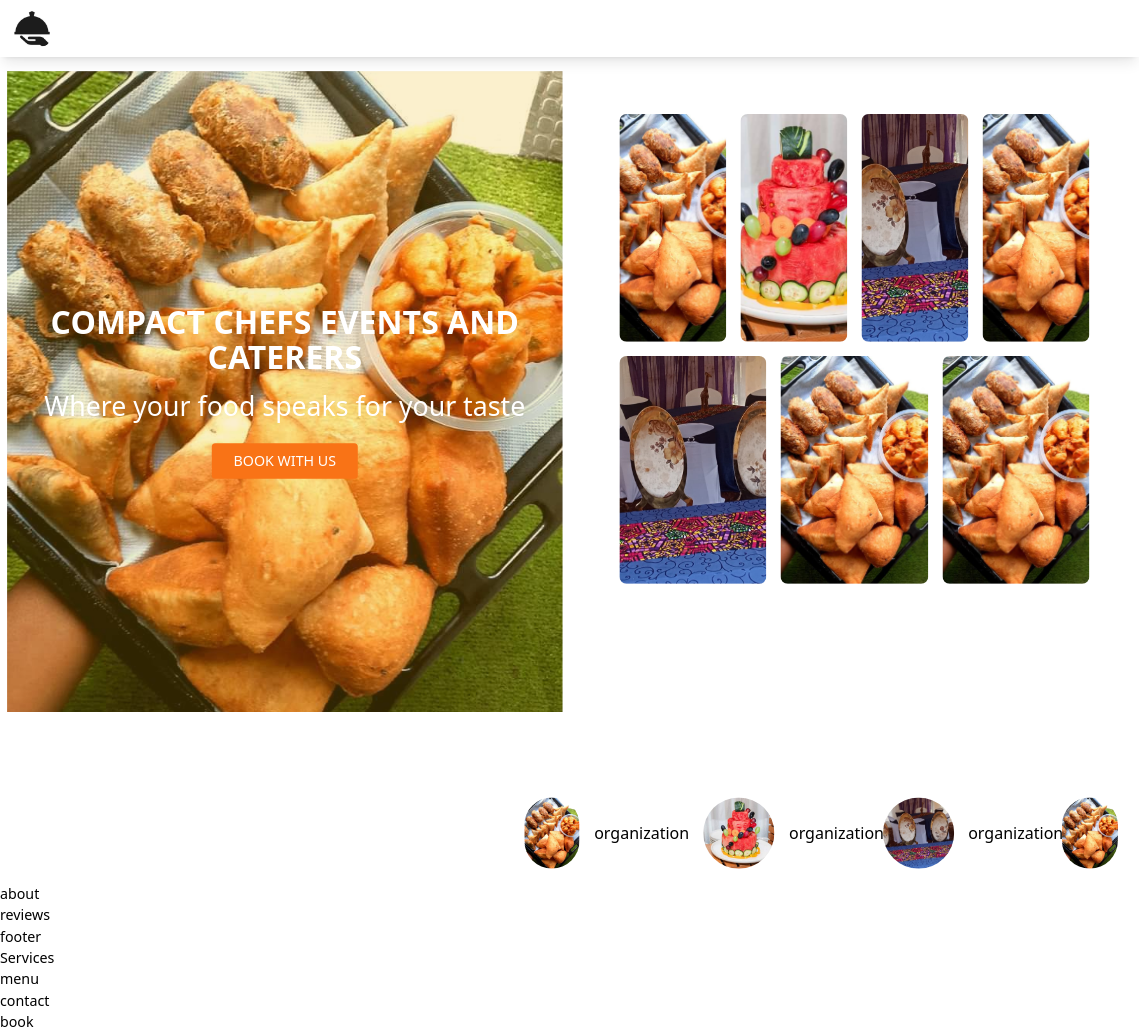
Repository: makanda596/compactchef
Page: /
These files come from the project's save history. The page is drawn as it stood at one moment and after the next save; the edit follows.
The browser window is 1280 px wide. The pictures show the whole page, at 89% of full size.
The project was rebuilt for these pictures with package versions that can differ from the ones it lists, and the page was loaded fresh each time.

Above is the page before, as saved 2025-01-07 16:33:35.

After the next save:
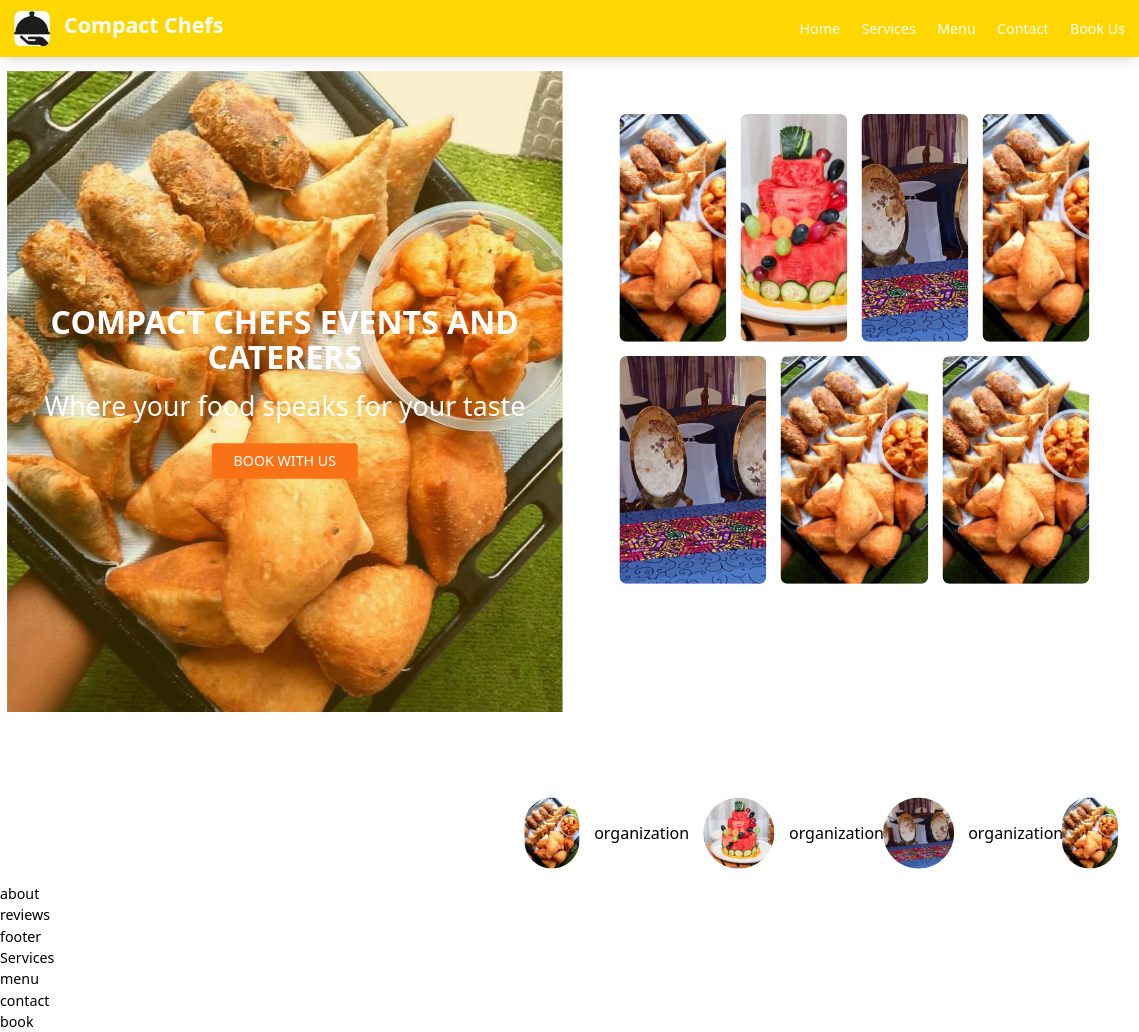
Saved 57 s later.
--- a/tailwind.config.js
+++ b/tailwind.config.js
@@ -7,6 +7,9 @@ module.exports = {
     extend: {
       animation: {
         'slide': 'slide 20s linear infinite',
+      },
+       colors: {
+        gold: '#FFD700', // Gold color
       },
       keyframes: {
         slide: {

After the save that followed:
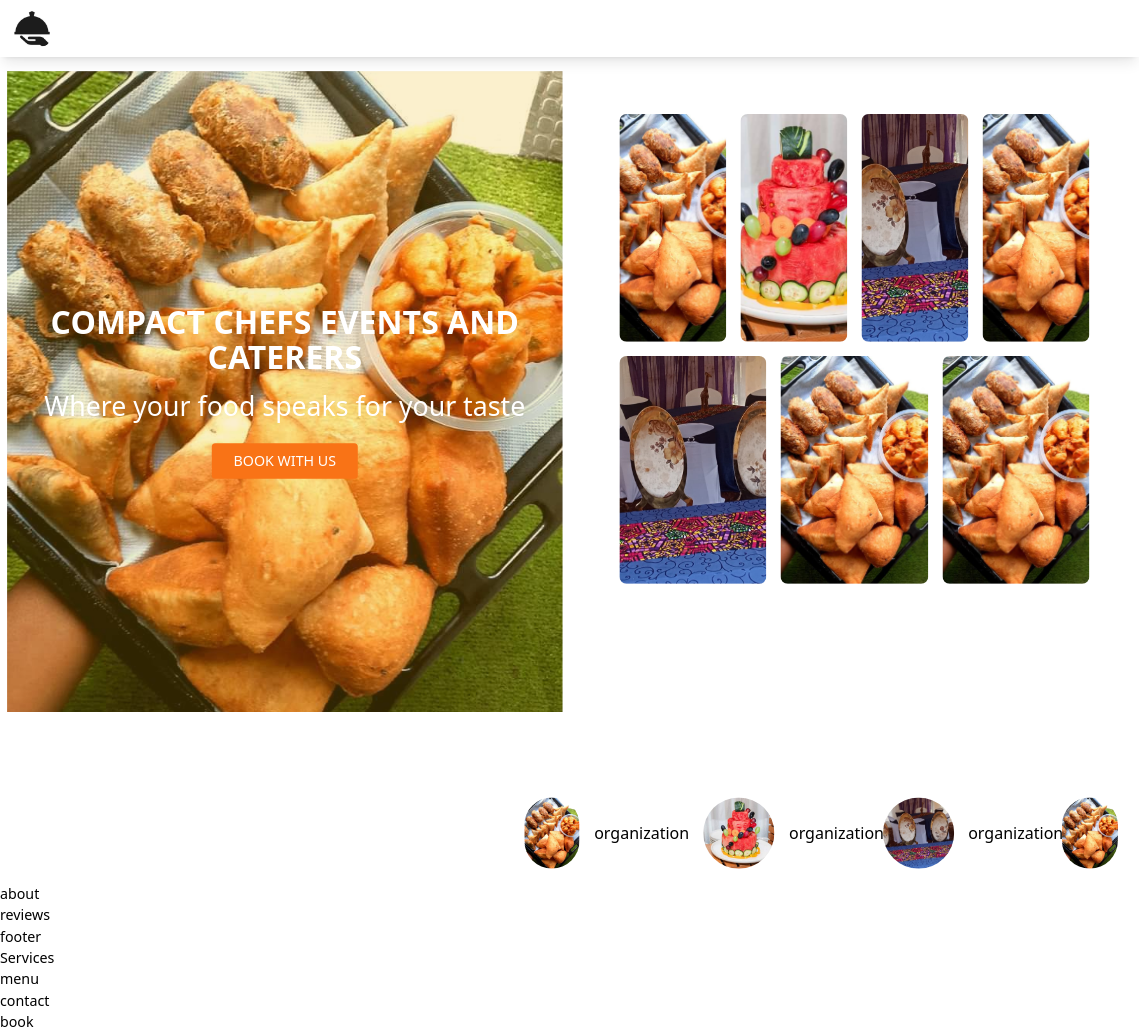
Saved 110 s later.
--- a/src/components/Navbar.jsx
+++ b/src/components/Navbar.jsx
@@ -4,7 +4,7 @@ const Navbar = () => {
     const [isOpen, setIsOpen] = useState(false);
 
     return (
-        <nav className="bg-gold shadow-lg fixed top-0 z-50 w-full">
+        <nav className="bg-gold-600 shadow-lg fixed top-0 z-50 w-full">
             <div className="container mx-auto px-4 flex justify-between items-center h-16">
 
                 <div className="text-white font-bold text-2xl flex space-x-4">
